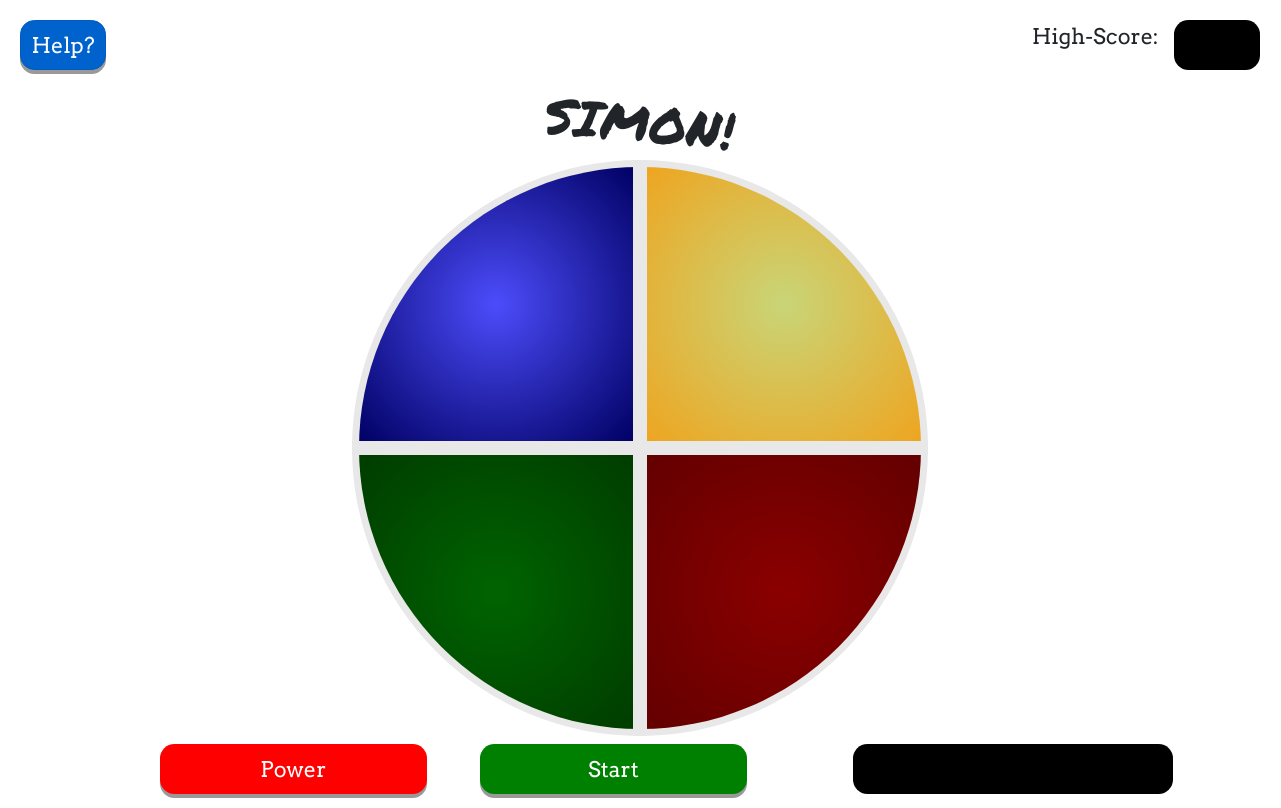
Repository: bandyp/simon
Page: index.html
The author's editor kept a record of every edit. The page is drawn from the files as they stood at one moment, then again after the next edit.
The browser window is 1280 px wide. The page is 1281 px wide, so the pictures cover 1281 px, including what lies to the right of the window. The pictures show the whole page.

Above is the page before.

### index.html
<!DOCTYPE html>
<html lang="en">

<head>
    <meta charset="UTF-8">
    <meta name="viewport" content="width=device-width, initial-scale=1, shrink-to-fit=no">
    <meta http-equiv="X-UA-Compatible" content="ie=edge">
    <link rel="stylesheet" href="https://stackpath.bootstrapcdn.com/bootstrap/4.3.1/css/bootstrap.min.css" integrity="sha384-ggOyR0iXCbMQv3Xipma34MD+dH/1fQ784/j6cY/iJTQUOhcWr7x9JvoRxT2MZw1T" crossorigin="anonymous">
    <title>Simon</title>
    <link rel="stylesheet" href="assets/css/style.css" type="text/css" />
    <link href="https://fonts.googleapis.com/css?family=Permanent+Marker&display=swap" rel="stylesheet">
    <link href='https://fonts.googleapis.com/css?family=Orbitron' rel='stylesheet' type='text/css'>
    <link href="https://fonts.googleapis.com/css?family=Arvo|Source+Sans+Pro&display=swap" rel="stylesheet">

    <audio id="soundGreen">
  	<source src="assets/sounds/simonSound1.mp3"></source>
  </audio>
    <audio id="soundBlue">
  	<source src="assets/sounds/simonSound2.mp3"></source>
  </audio>
    <audio id="soundYellow">
  	<source src="assets/sounds/simonSound3.mp3"></source>
  </audio>
    <audio id="soundRed">
  	<source src="assets/sounds/simonSound4.mp3"></source>
  </audio>
</head>

<body>
    <div class="container-fluid">
        <div class="row">
            <button type="button" class="btn btn-primary btn-lg active" id="helpButton">Help?</button>
            <div class="col float-right" id="highScore">
                High-Score:
            </div>
            <div id="highScoreBox"></div>

            <div class="alert alert-info alert-dismissible fade show" id="helpBox" role="alert">
                <h5>Follow Simon on his quest to count!</h5>
                <p>His buttons will light up as he counts from 1 to 20. Help him on his way by repeating his pattern. It starts off easy, but gets very difficult towards the end.</p>
                <hr>
                <p>Will you get the high score? Press start to find out.</p>
                <button type="button" class="close" data-dismiss="alert" aria-label="Close"><span aria-hidden="true">&times;</span></button>
            </div>
        </div>

        <div class="row">
            <div class="col mt-auto text-center" id="title">
                SIMON!
            </div>
        </div>

        <div class="row row-no-gutter">
            <div class="col-4 offset-2 colorButton blueButton ml-auto" id="blue"></div>
            <div class="col-4 colorButton yellowButton mr-auto" id="yellow"></div>
        </div>
        <div class="row row-no-gutter">
            <div class="col-4 offset-2 colorButton greenButton ml-auto" id="green"></div>
            <div class="col-4 colorButton redButton mr-auto" id="red"></div>
        </div>

        <div class="row mb-1rem">
            <div class="col-6 offset-1 mt-auto" id="buttons">
                <div class="row">
                    <button class="col-5 offset-1 power" id="power">Power</button>
                    <button class="col-5 offset-1" id="start">Start</button>
                </div>
            </div>
            <div class="col-3 mt-auto offset-1" id="count"></div>
        </div>

    </div>
    <script src="https://code.jquery.com/jquery-3.3.1.slim.min.js" integrity="sha384-q8i/X+965DzO0rT7abK41JStQIAqVgRVzpbzo5smXKp4YfRvH+8abtTE1Pi6jizo" crossorigin="anonymous"></script>
    <script src="https://cdnjs.cloudflare.com/ajax/libs/popper.js/1.14.3/umd/popper.min.js" integrity="sha384-ZMP7rVo3mIykV+2+9J3UJ46jBk0WLaUAdn689aCwoqbBJiSnjAK/l8WvCWPIPm49" crossorigin="anonymous"></script>
    <script src="https://stackpath.bootstrapcdn.com/bootstrap/4.1.3/js/bootstrap.min.js" integrity="sha384-ChfqqxuZUCnJSK3+MXmPNIyE6ZbWh2IMqE241rYiqJxyMiZ6OW/JmZQ5stwEULTy" crossorigin="anonymous"></script>
    <script src="assets/js/script.js"></script>
</body>

</html>

### assets/css/style.css
/* top of page */

#helpButton {
    margin-top: 20px;
    margin-left: 20px;
    height: 7vh;
    width: 12vh;
    padding: 0;
    border-radius: 2vh;
    font-family: 'Arvo', serif;
    font-size: 3vh;
    cursor: pointer;
}

#highScore {
    text-align: right;
    margin-top: 20px;
    font-size: 3vh;
    font-family: 'Arvo', serif;
}


#highScoreBox {
    float: right;
    background: black;
    margin-top: 20px;
    margin-right: 20px;
    height: 7vh;
    width: 12vh;
    color: red;
    font-family: 'Orbitron', sans-serif;
    font-size: 4vh;
    text-align: center;
    vertical-align: middle;
    line-height: 7vh;
    border-radius: 2vh;
}

#title {
    font-size: 7vh;
    margin-top: 3vh;
    font-family: 'Permanent Marker', cursive;
    transform: rotate(5deg);
}

/* game colored buttons */

#blue {
    margin-top: auto;
    border-radius: 100% 0% 0% 0%;
    border: solid 1vh rgb(232, 232, 232);
    background-image: radial-gradient(circle, rgba(0, 0, 250, 0.7), rgba(0, 0, 100, 1));
}

#yellow {
    margin-top: auto;
    border-radius: 0% 100% 0% 0%;
    border: solid 1vh rgb(232, 232, 232);
    background-image: radial-gradient(circle, rgba(178, 195, 62, 0.7), rgba(238, 165, 32, 1));
}

#red {
    margin-bottom: 1vh;
    border-radius: 0% 0% 100% 0%;
    border: solid 1vh rgb(232, 232, 232);
    background-image: radial-gradient(circle, rgba(139, 0, 0, 1), rgba(99, 0, 0, 1));
}

#green {
    margin-bottom: 1vh;
    border-radius: 0% 0% 0% 100%;
    border: solid 1vh rgb(232, 232, 232);
    background-image: radial-gradient(circle, rgba(0, 100, 0, 1), rgba(0, 60, 0, 1));
}

.colorButton {
    position: relative;
    height: 40vmin;
    max-width: 40vmin;
    cursor: pointer;
}

.bright {
    filter: brightness(150%);
}

/* bottom of page buttons */

#buttons {
    position: relative;
    z-index: 2;
    display: inline;
    font-size: 3vh;
    font-family: 'Arvo', serif;
}


button {
    display: inline-block;
    cursor: pointer;
    text-align: center;
    text-decoration: none;
    outline: none;
    color: #fff;
    background-color: #4CAF50;
    border: none;
    border-radius: 15px;
    box-shadow: 0 4px #999;
    margin-bottom: 2vh;
}

button:hover {
    background-color: #3e8e41
}

button:active {
    background-color: #3e8e41;
    box-shadow: 0 1px #666;
    transform: translateY(4px);
}

#count {
    background: black;
    display: inline-block;
    height: 7vh;
    width: 14vh;
    color: red;
    font-family: 'Orbitron', sans-serif;
    font-size: 3vh;
    text-align: center;
    vertical-align: middle;
    line-height: 7vh;
    border-radius: 2vh;
    margin-bottom: 2vh;
}

#power {
    color: white;
    background-color: red;
    border-radius: 2vh;
    width: 10vh;
    height: 7vh;
    padding: 0;
}

#start {
    color: white;
    background-color: green;
    border-radius: 2vh;
    width: 10vh;
    height: 7vh;
    padding: 0;
}

### assets/js/script.js
$(document).ready(function() {

    let sequence = [];
    let userSequence = [];
    let success;
    let turn;
    let cpuTurn;
    let playerTurn;
    let bright;
    let playSequence;
    let win;
    let highScore = 0;

    function checkHighScore() {
        if (highScore < bright) {
            highScore = bright;
            $("#highScoreBox").html(highScore - 1);
        }
    }

    // Help Alert box

    $("#helpBox").hide();
    $("#helpButton").mouseover(function() {
        $("#helpBox").show();
        $("#helpButton").mouseleave(function() {
            $("#helpBox").hide();
        });
    });

    // power on/off

    document.getElementById("power").onclick = function() { powerButton() };

    function powerButton() {
        var x = document.getElementById("power").classList.contains("change");
        if (x == false) {
            $('#power').addClass("change");
            powerOn();
        }
        else {
            $('#power').removeClass("change");
            powerOff();
        }
    }

    function powerOn() {
        playerTurn = true;
        cpuTurn = true;
        success = false;
        playerTurn = false;
        /*       sequence = [];
               userSequence = [];*/
        $("#count").html('--');
        document.getElementById("start").disabled = false;
    }

    $("#start").on("click", function() {
        $("#count").html('1');
        if (playerTurn || cpuTurn || success) {
            play();
        }
    });


    function powerOff() {
        playerTurn = false;
        cpuTurn = false;
        sequence = [];
        userSequence = [];
        $('.colorButton').removeClass('bright'),
            $("#count").html('');
        clearInterval(playSequence);
        document.getElementById("start").disabled = true;
    }

    // start play function by creating sequence of 20 from start button (from memory game, code insitute, wwschools)

    function play() {
        playSequence = 0;
        sequence = [];
        userSequence = [];
        bright = 0;
        turn = 1;
        success = true;
        win = false;
        $("#count").html('1');
        for (var i = 0; i < 20; i++) {
            sequence.push(Math.floor(Math.random() * 4) + 1);
        }

        cpuTurn = true;
        playSequence = setInterval(makeBright, 1000);
    }

    // function which allows cpu to select color and sound

    function makeBright() {
        playerTurn = false;
        if (bright == turn) {
            clearInterval(playSequence);
            cpuTurn = false;
            playerTurn = true;
        }

        if (cpuTurn) {
            document.getElementById("start").disabled = true;
            $('.colorButton').removeClass('bright');
            setTimeout(function() {
                if (sequence[bright] == 1) {
                    $('#soundGreen')[0].play();
                    $('#green').addClass('bright'),
                        setTimeout(function() {
                            $('#green').removeClass('bright');
                        }, 1500);
                }
                if (sequence[bright] == 2) {
                    $('#soundBlue')[0].play();
                    $('#blue').addClass('bright'),
                        setTimeout(function() {
                            $('#blue').removeClass('bright');
                        }, 1500);
                }
                if (sequence[bright] == 3) {
                    $('#soundYellow')[0].play();
                    $('#yellow').addClass('bright'),
                        setTimeout(function() {
                            $('#yellow').removeClass('bright');
                        }, 1500);
                }
                if (sequence[bright] == 4) {
                    $('#soundRed')[0].play();
                    $('#red').addClass('bright'),
                        setTimeout(function() {
                            $('#red').removeClass('bright');
                        }, 1500);
                }
                bright++;
            }, 200);
        }
    }

    // user clicking lights (from code insitute module)

    $("#green").on("mousedown touchstart", function(e) {
        e.preventDefault();
        if (playerTurn) {
            $(this).addClass('bright'); // changes to light green
            $('#soundGreen')[0].play();
            userSequence.push(1);
            $("#green").on("mouseup touchend", function(e) {
                e.preventDefault();
                $(this).removeClass('bright'); //changes back
                compareArrays();

            });
        }
    });

    $("#blue").on("mousedown touchstart", function(e) {
        e.preventDefault();
        if (playerTurn) {
            userSequence.push(2);
            $('#soundBlue')[0].play();
            $(this).addClass('bright'); // changes to light blue
            $("#blue").on("mouseup touchend", function(e) {
                e.preventDefault();
                $(this).removeClass('bright'); //changes
                compareArrays();
            });
        }
    });

    $("#yellow").on("mousedown touchstart", function(e) {
        e.preventDefault();
        if (playerTurn) {
            userSequence.push(3);
            $('#soundYellow')[0].play();

            $(this).addClass('bright'); // changes to light yellow
            $("#yellow").on("mouseup touchend", function(e) {
                e.preventDefault();
                $(this).removeClass('bright'); //changes back
                compareArrays();
            });
        }
    });

    $("#red").on("mousedown touchstart", function(e) {
        e.preventDefault();
        if (playerTurn) {
            userSequence.push(4);
            $('#soundRed')[0].play();

            $(this).addClass('bright'); // changes to light red
            $("#red").on("mouseup touchend", function(e) {
                e.preventDefault();
                $(this).removeClass('bright'); //changes back
                compareArrays();
            });
        }
    });

    // checks that user has clicked the correct color in the sequence


    function compareArrays() {

        if (userSequence[userSequence.length - 1] !== sequence[userSequence.length - 1]) success = false;
        if (userSequence.length == 20 && success == true) {
            checkHighScore();
            winner();
        }
        if (success == false) {
            checkHighScore();
            sequence = [];
            end();
        }

        if (turn == userSequence.length && success && !win) {
            turn++;
            userSequence = [];
            cpuTurn = true;
            bright = 0;
            $("#count").html(turn);
            playSequence = setInterval(makeBright, 1000);
        }

    }

    // wine, lose, high score and restart functiond

    function end() {

        $(".colorButton").addClass('bright');
        $("#count").html('LOSE');
        playerTurn = false;
        win = false;
        setTimeout(restart, 3000);
    }

    function restart() {
        powerOn();
        sequence = [];
        $("#count").html('--');
        playerTurn = false;
        $(".colorButton").removeClass('bright');
    }

    function winner() {
        $(".colorButton").addClass('bright');
        $("#count").html('WIN!');
        checkHighScore();
        win = true;
        setTimeout(restart, 3000);
    }




});

After the next edit:
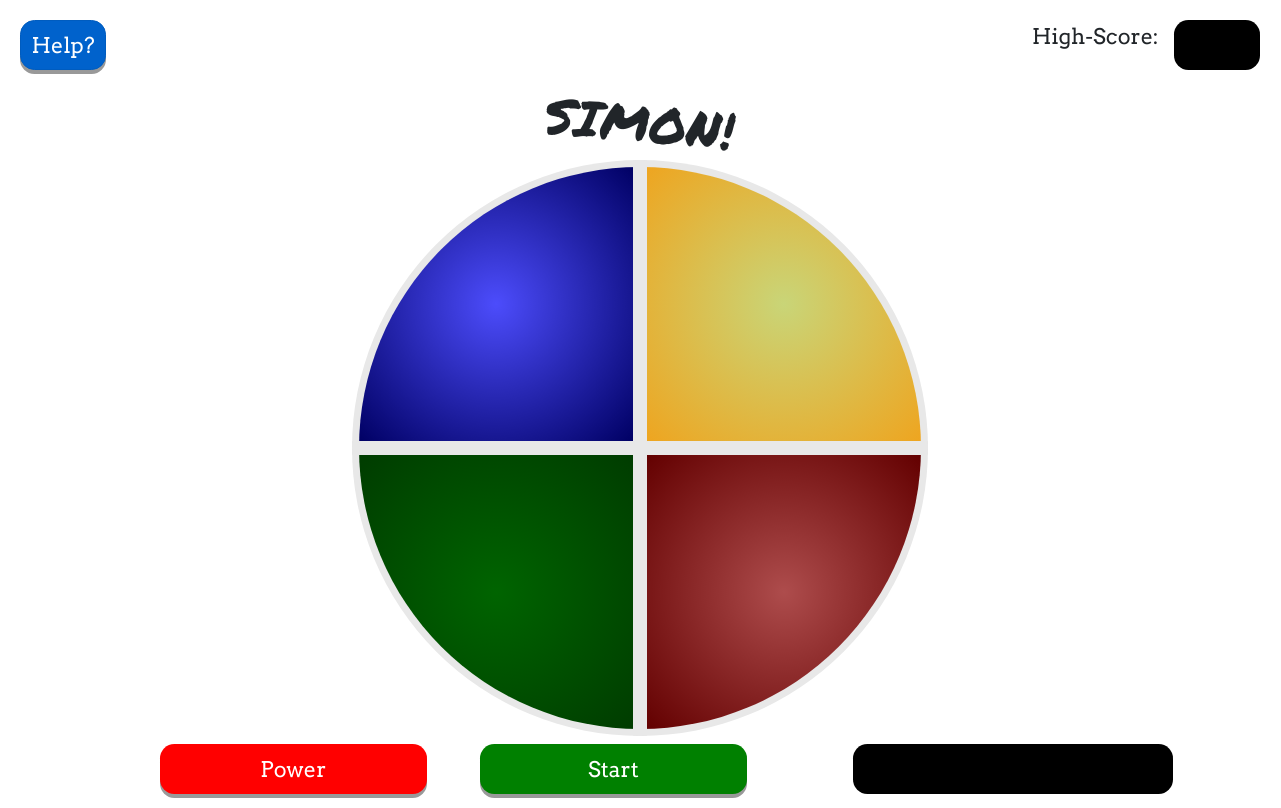
The edit:
--- a/assets/css/style.css
+++ b/assets/css/style.css
@@ -63,7 +63,7 @@
     margin-bottom: 1vh;
     border-radius: 0% 0% 100% 0%;
     border: solid 1vh rgb(232, 232, 232);
-    background-image: radial-gradient(circle, rgba(139, 0, 0, 1), rgba(99, 0, 0, 1));
+    background-image: radial-gradient(circle, rgba(139, 0, 0, 0.7), rgba(99, 0, 0, 1));
 }
 
 #green {
